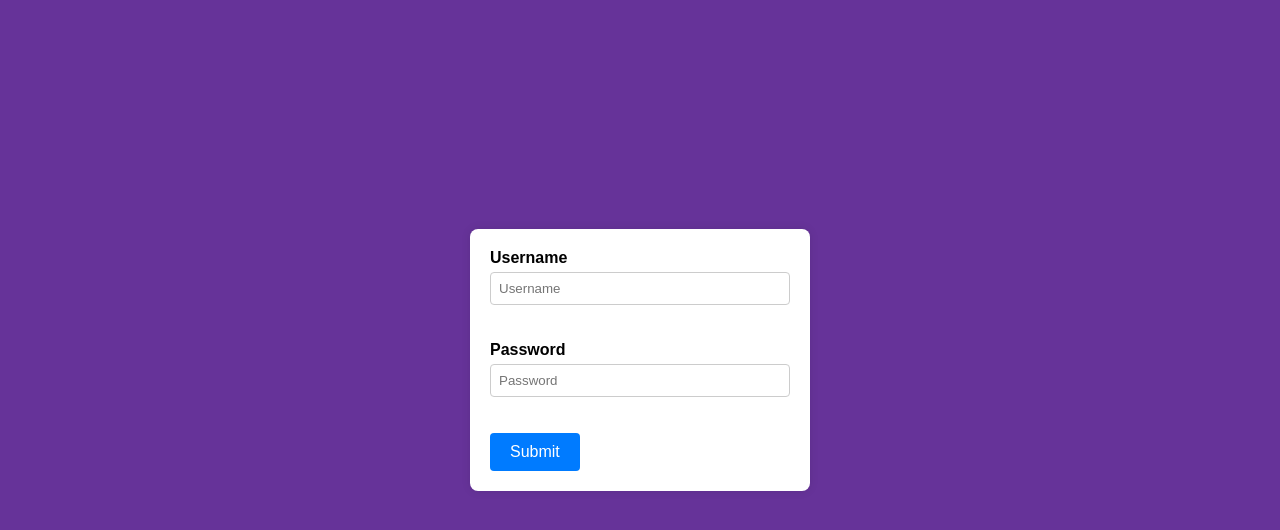
Repository: Ndifoinhilary/authentication
Page: http://localhost/auth/register/
These files come from the project's save history. The page is drawn as it stood at one moment and after the next save; the edit follows.
The browser window is 1280 px wide. The pictures show the whole page.
The page is served by the project's application, run on Django 3.2 (manage.py). Other server files are loaded and not shown.

Above is the page before, as saved 2024-01-05 08:09:50.

### Auth/templates/register.html
{% load static %}
<!DOCTYPE html>
<html lang="en">

<head>
    <meta charset="UTF-8">
    <meta name="viewport" content="width=device-width, initial-scale=1.0">
    <link rel="stylesheet" href="{% static 'css/register.css' %}">
    <title>Register</title>
</head>

<body>
    <form action="" class="form-border" method="POST">
        {% csrf_token %}

        <div class="input">
            <label class="label" for="username">Username</label>
            <input type="text" name="username" id="username" class="form-control mb-4" placeholder="Username" required>
        </div>

        <div class="input">
            <label class="label" for="password">Password</label>
            <input type="password" name="password" id="password" class="form-control mb-4" placeholder="Password" required>
        </div>

        <button type="submit" class="btn">Submit</button>
    </form>
</body>

</html>

### Auth/forms.py
from django import forms
from Auth.models import User


class RegistrationForm(forms.ModelForm):
    password = forms.CharField(min_length=6, widget=forms.PasswordInput)
    comfirm_password = forms.CharField(min_length=6, widget=forms.PasswordInput)

    class Meta:
        model = User
        fields = ["email", "first_name", "password", "comfirm_password"]

    def clean_comfirm_password(self):
        password = self.cleaned_data.get("password")
        comfirm_password = self.cleaned_data.get("comfirm_password")

        if password != comfirm_password:
            raise forms.ValidationError("Password does not match")
        return password

    def save(self, *args, **kwargs):
        user = super().save(commit=False)
        password = self.cleaned_data.get("password")
        user.set_password(password)
        user.save()
        return user

### Auth/models.py
from django.db import models
from django.contrib.auth.models import (
    AbstractBaseUser,
    PermissionsMixin,
    BaseUserManager,
)


class UserManager(BaseUserManager):
    def create_user(self, email, password=None, **extra_fields):
        email = self.normalize_email(email).lower()
        if not email:
            raise ValueError("email is a required field")
        user = self.model(email, **extra_fields)
        user.set_password(password)
        user.save(using=self._db)
        return user

    def create_superuser(self, email, password=None, **extra_fields):
        extra_fields.setdefault("is_active", True)
        extra_fields.setdefault("is_staff", True)
        extra_fields.setdefault("is_superuser", True)

        if extra_fields.get("is_active") is not True:
            raise ValueError("Super user must be active")

        if extra_fields.get("is_staff") is not True:
            raise ValueError("Super user must be staff")

        if extra_fields.get("is_superuser") is not True:
            raise ValueError("Super user must be superuser")

        return self.create_user(email, password, **extra_fields)


class User(AbstractBaseUser, PermissionsMixin):
    """
    Creating the user model to store the user data
    author: ndifoinhilary@gmail.com
    """

    email = models.EmailField(unique=True)
    first_name = models.CharField(max_length=255)
    last_name = models.CharField(max_length=255)
    is_active = models.BooleanField(default=False)

    # you can add more fields

    objects = UserManager()

    USERNAME_FIELD = "email"  # using the email field for authenticaion then the normal django username field

    REQUIRED_FIELDS = (
        []
    )  # here you can add the fields that are required for authentication like username , firstname or any field you wish

### Auth/views.py
# pylint: disable=unused-argument
from django.shortcuts import render, redirect
from django.contrib import messages
from django.contrib.auth import authenticate, login
from Auth.forms import RegistrationForm

# Create your views here.


def homePage(request):
    user = request.user
    return render(request, "home.html", {"user": user})


def registerUser(request):
    form = RegistrationForm()

    if request.method == "POST":
        form = RegistrationForm(request.POST)
        if form.is_valid():
            user = form.save(commit=False)
            user.email = user.email.lower()
            user.save()

            messages.success(request, "Your account has been created successfully")

            if user is not None:
                login(request, user)
                return redirect("home")
        else:
            messages.error(request, "Check your credentials and try again")
    return render(request, "register.html", {"form": form})


def loginUser(request):
    return render(request, "login.html")


def logoutUser(request):
    pass

### authentication/urls.py
from django.contrib import admin
from django.urls import path, include
from django.conf import settings
from django.conf.urls.static import static

urlpatterns = [path("admin/", admin.site.urls), path("", include("Auth.urls"))]


urlpatterns += static(settings.MEDIA_URL, document_root=settings.MEDIA_ROOT)
urlpatterns += static(settings.STATIC_URL, document_root=settings.MEDIA_ROOT)

### Auth/urls.py
# pylint: disable=trailing-whitespace
from django.urls import path

from . import views


urlpatterns = [
    path("", views.homePage, name="home"),
    path("auth/login/", views.loginUser, name="login"),
    path("auth/register/", views.registerUser, name="register"),
    path("auth/logout/", views.logoutUser, name="logout"),
]

### static/css/register.css
body {
    font-family: 'Arial', sans-serif;
    background-color: #f4f4f4;
    margin: 0;
    padding: 0;
    display: flex;
    justify-content: center;
    align-items: center;
    height: 100vh;
    background: rebeccapurple;
}

form {
    background-color: #fff;
    padding: 20px;
    border-radius: 8px;
    box-shadow: 0 0 10px rgba(0, 0, 0, 0.1);
    width: 300px;
}

.input {
    margin-bottom: 20px;
}

.label {
    display: block;
    margin-bottom: 5px;
    font-weight: bold;
}

.form-control {
    width: 100%;
    padding: 8px;
    border: 1px solid #ccc;
    border-radius: 4px;
    box-sizing: border-box;
}

.mb-4 {
    margin-bottom: 16px;
}

.btn {
    background-color: #007bff;
    color: #fff;
    padding: 10px 20px;
    border: none;
    border-radius: 4px;
    cursor: pointer;
    font-size: 16px;
}

.btn:hover {
    background-color: #0056b3;
}

After the next save:
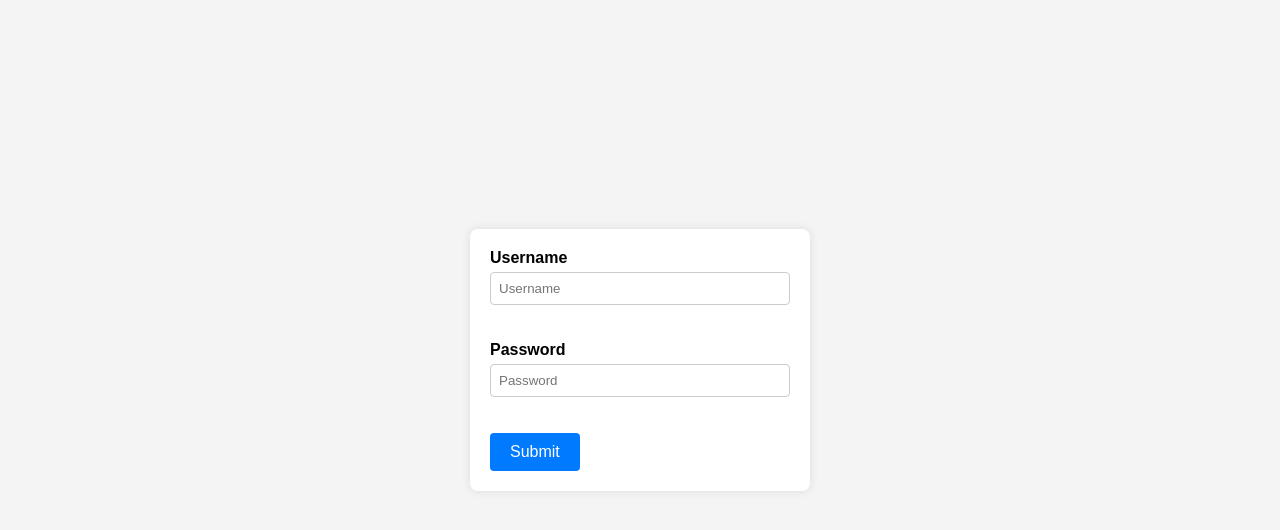
Saved 99 s later.
--- a/Auth/templates/register.html
+++ b/Auth/templates/register.html
@@ -1,12 +1,65 @@
-{% load static %}
 <!DOCTYPE html>
 <html lang="en">
 
 <head>
     <meta charset="UTF-8">
     <meta name="viewport" content="width=device-width, initial-scale=1.0">
-    <link rel="stylesheet" href="{% static 'css/register.css' %}">
-    <title>Register</title>
+    <style>
+        body {
+            font-family: 'Arial', sans-serif;
+            background-color: #f4f4f4;
+            margin: 0;
+            padding: 0;
+            display: flex;
+            justify-content: center;
+            align-items: center;
+            height: 100vh;
+        }
+
+        form {
+            background-color: #fff;
+            padding: 20px;
+            border-radius: 8px;
+            box-shadow: 0 0 10px rgba(0, 0, 0, 0.1);
+            width: 300px;
+        }
+
+        .input {
+            margin-bottom: 20px;
+        }
+
+        .label {
+            display: block;
+            margin-bottom: 5px;
+            font-weight: bold;
+        }
+
+        .form-control {
+            width: 100%;
+            padding: 8px;
+            border: 1px solid #ccc;
+            border-radius: 4px;
+            box-sizing: border-box;
+        }
+
+        .mb-4 {
+            margin-bottom: 16px;
+        }
+
+        .btn {
+            background-color: #007bff;
+            color: #fff;
+            padding: 10px 20px;
+            border: none;
+            border-radius: 4px;
+            cursor: pointer;
+            font-size: 16px;
+        }
+
+        .btn:hover {
+            background-color: #0056b3;
+        }
+    </style>
 </head>
 
 <body>
